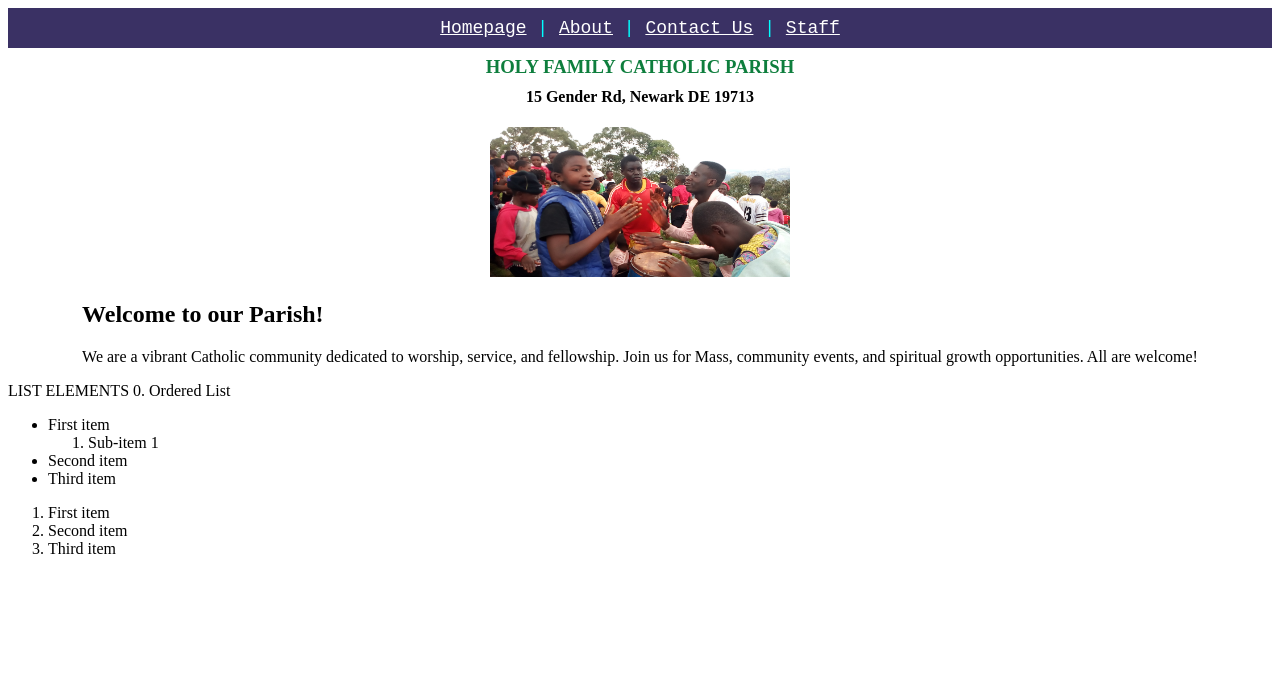
Repository: ficotims/HTML-RESTART
Page: Homepage.html
An editor plug-in stored every save of this project. The page is shown before and after the next save, followed by the edit.
The browser window is 1280 px wide. The pictures show the whole page.

Above is the page before, as saved 2026-02-10 17:49:19.

### Homepage.html
<!doctype html>
<html lang="en">
  <head>
    <meta charset="UTF-8" />
    <meta name="viewport" content="width=device-width, initial-scale=1.0" />
    <title>HTML Crash course with Iman Musa</title>
    <link rel="stylesheet" href="Style 1.css"/>
  </head>
  <body>

    <!-- NAVIGATION SECTION -->
        <div style="background-color: rgb(58, 49, 100); padding: 10px; text-align: center; color: aqua; font-size: 18px; font-family: monospace, Lemon milk;">
    <a href="Homepage.html" target="_top" style="color: white;">Homepage</a> |
    <a href="about.html" style="color: white;">About</a> | <a href="Contact us.html" style="color: white;">Contact Us</a> |
    <a href="staff.html" style="color: white;">Staff</a>
     </div>

 <div style="text-align: center;">
    <h3><span style="color: rgb(14, 126, 61);"><div style="line-height: 0;">HOLY FAMILY CATHOLIC PARISH</b></span></h3>
    <H4>15 Gender Rd, Newark DE 19713</H4>
    <img
        src="images/Acension.jpg"
        alt="Catholic Church Logo"
        width="300"
        height="150"
      />
      </div>

      <div class="container">
        <div class="profile-box">
          <h2>Welcome to our Parish!</h2>
          <p>
            We are a vibrant Catholic community dedicated to worship, service, and fellowship. Join us for Mass, community events, and spiritual growth opportunities. All are welcome!
          </p>

        </div>
      </div>

    <!-- this is LIST -->
<hi2>LIST ELEMENTS</h2>

    0. Ordered List

    <ul>
      <li>First item</li>
      <ol><li>Sub-item 1</li></ol>
      <li>Second item</li>
      <li>Third item</li>
    </ul>

    <ol>
      <li>First item</li>
      <li>Second item</li>
      <li>Third item</li>
    </ol>
  </body>
</html>

### Style 1.css
.body1 {
    color: rgb(255, 249, 249);
    background-color: rgb(92, 113, 206);
    border-radius: 50px;
    font-size: 25px;
}

.flyout {
    border: none;
    background-color: lightgreen;
    color: rgb(0, 0, 0);
    padding: 20px;
    margin: 15px;
    height: 250px;
    width: 200px;
}

{
    margin: 0px;
    padding: px;
    box-sizing: border-box;
    font-family: Arial, Helvetica, sans-serif;
}

.container {
    display: flex;
    flex-direction: row;
    justify-content: space-around;
}

After the next save:
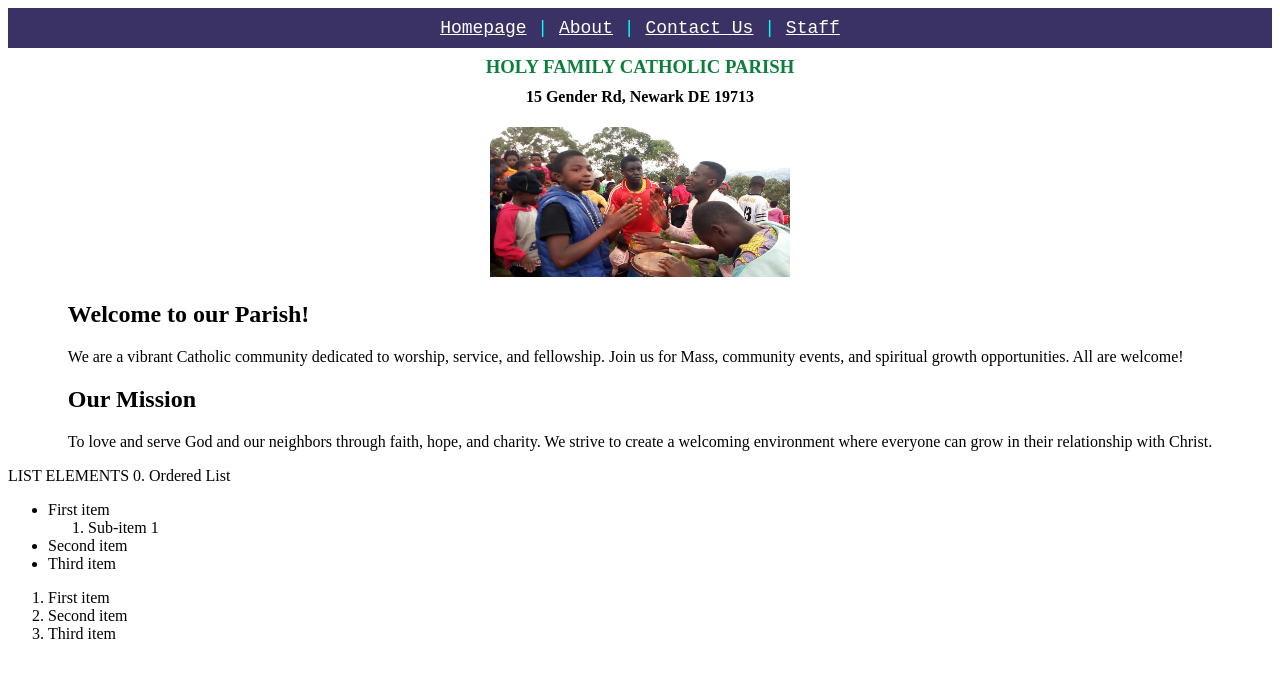
Saved 27 s later.
--- a/Homepage.html
+++ b/Homepage.html
@@ -32,7 +32,10 @@
           <p>
             We are a vibrant Catholic community dedicated to worship, service, and fellowship. Join us for Mass, community events, and spiritual growth opportunities. All are welcome!
           </p>
-
+          <h2>Our Mission</h2>
+          <p>
+            To love and serve God and our neighbors through faith, hope, and charity. We strive to create a welcoming environment where everyone can grow in their relationship with Christ.
+          </p>
         </div>
       </div>
 
